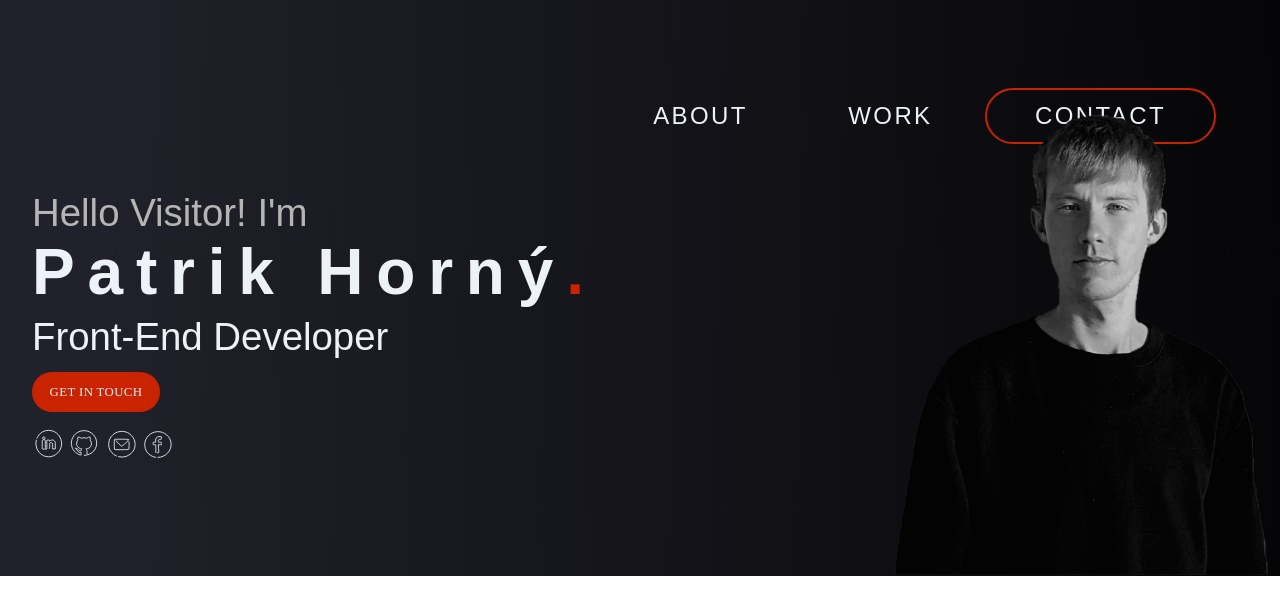
Repository: Spreceriany/portfolio
Page: index.html
An editor plug-in stored every save of this project. The page is shown before and after the next save, followed by the edit.
The browser window is 1280 px wide. The pictures show the whole page.
Some web fonts or font styles are not loaded; a fallback is used. The style sheet was rebuilt from its Sass, Less or Tailwind sources for each picture, by a compiler version that may differ from the author's.

Above is the page before, as saved 2021-03-07 17:15:45.

### index.html
<!DOCTYPE html>
<html lang="en">

<head>
    <meta charset="UTF-8">
    <meta http-equiv="X-UA-Compatible" content="IE=edge">
    <meta name="viewport" content="width=device-width, initial-scale=1.0">
    <title>Patrik Horny | Portfolio</title>
    <link rel="stylesheet" href="css/style.css">
    <link rel="preconnect" href="https://fonts.gstatic.com">
    <link href="https://fonts.googleapis.com/css2?family=Asul&family=Chivo:wght@900&display=swap" rel="stylesheet">
</head>

<body>
    <header>
        <nav>
            <ul>
                <li><a href="#">About</a></li>
                <li><a href="#">Work</a></li>
                <li><a href="#">Contact</a></li>
            </ul>
        </nav>
    </header>

    <main>
        <section class="hero">
            <div class="hero__left-col">
                <p class="gray">Hello Visitor! I'm</p>
                <h1>Patrik Horný<span class="orange">.</span></h1>
                <p>Front-End Developer</p>
                <a href="#" class="btn">Get in touch</a>
                <ul>
                    <li><a href="#">
                        <?xml version="1.0" ?><svg height="256px" id="Layer_1" version="1.1" viewBox="0 0 256 256" width="256px" xml:space="preserve" xmlns="http://www.w3.org/2000/svg" xmlns:xlink="http://www.w3.org/1999/xlink"><path class="st0" d="M34.367,105.308c-15.255,58.994,21.499,118.714,77.309,130.865c54.491,11.864,108.741-24.931,122.132-78.209  c13.576-54.011-18.103-112.414-72.055-127.246C77.289,8.035,39.505,84.527,39.501,88.37"/><path class="st0" d="M106.662,168.972c-0.36-21.051,0.978-61.432-0.945-63.422  c-1.923-1.99-17.046-7.923-19.883-12.471c-2.838-4.548-2.011-13.662,8.126-13.674s11.419,8.666,8.78,14.31  c-2.64,5.644-17.584,9.811-19.288,12.105c-1.704,2.294-2.429,68.28,0,69.899c2.429,1.619,32.926,1.484,35.624-0.54  c2.699-2.024-3.374-67.47,0-69.09s17.407-1.889,19.162-1.079c1.754,0.81,0.675,7.692,1.889,8.366  c1.214,0.675,10.171-11.177,24.289-9.446c10.46,1.282,19.837,10.121,21.321,18.892s0.899,34.545,0.54,51.817  c-7.197,0.27-14.394,0.675-21.59,0.945c-0.27-14.574,1.08-33.6-0.81-43.586c-1.889-9.986-22.328-9.849-22.13,0  s1.619,43.586-2.699,43.451" id="linkedin"/></svg>
                    </a></li>
                    <li><a href="#">
                        <?xml version="1.0" ?><svg height="256px" id="Layer_2" version="1.1" viewBox="0 0 256 256" width="256px" xml:space="preserve" xmlns="http://www.w3.org/2000/svg" xmlns:xlink="http://www.w3.org/1999/xlink"><path class="st0" d="M128.1,222.073"/><path class="st0" d="M130.164,226.986c63.917-3.557,108.667-52.057,97.259-116.5c-9.288-52.47-60.722-87.613-112.739-80.577  C61.952,37.041,21.39,85.877,27.386,139.004c5.689,47.857,35.128,70.23,59.685,80.335c5.717,2.353,13.401,5.785,15.997,5.229  c2.596-0.556,1.763-14.95,1.763-21.889c-16,2.459-21.475-3.841-24.875-7.563c-3.857-4.222-6.125-8.563-10.063-14.938  s-11.063-4.875-11.813-8.563s15-2.688,26.313,11.25c8.188,10.146,16.928,7.089,21.625,4.188c0.154-1.612,0.526-3.775,1.438-6.188  c0.967-2.557,3.625-4.104,3.208-5.854c-0.417-1.75-21.804-0.577-34-17.667c-8.809-12.344-9.129-26.955-5.667-37.833  c2.322-7.297,6.196-12.443,8.833-15.417c-1.011-2.162-2.513-6.109-2.583-11.25c-0.076-5.549,1.554-9.796,2.583-12  c3.492,0.104,8.54,0.644,14.25,2.667c5.469,1.937,9.593,4.542,12.333,6.583c4.975-1.671,12.218-3.489,21.083-3.667  c10.135-0.203,18.344,1.819,23.667,3.583c2.616-2.336,6.987-5.648,13.167-7.917c4.489-1.648,8.518-2.229,11.5-2.417  c1.143,2.165,3.075,6.519,3.167,12.332c0.085,5.351-1.426,9.47-2.416,11.664c2.867,3.459,7.394,9.875,9.502,18.995  c0.751,3.249,4.857,20.981-6.996,36.24c-12.408,15.974-33.06,13.524-33.992,15.73c-0.932,2.206,3.964,6.297,6.266,14.877  c2.302,8.58,1.327,24.979,1.327,24.979"/></svg>
                    </a></li>
                    <li><a href="#">
                        <?xml version="1.0" ?><svg height="256px" id="Layer_3" version="1.1" viewBox="0 0 256 256" width="256px" xml:space="preserve" xmlns="http://www.w3.org/2000/svg" xmlns:xlink="http://www.w3.org/1999/xlink"><path class="st0" d="M90.122,111.336c4.814,10.698,40.475,41.901,43.863,42.08s58.662-49.39,57.057-52.778  S79.246,96.18,76.214,99.568c-3.031,3.388-1.962,78.097,0.713,80.237s111.083,2.318,113.401-1.426  c2.318-3.744,4.814-57.414,1.783-60.623"/><path class="st0" d="M108.268,237.352c59.036,15.089,118.653-21.832,130.648-77.676c11.711-54.524-25.236-108.671-78.551-121.912  C106.315,24.34,48.002,56.183,33.321,110.176c-22.447,84.527,54.151,122.097,57.994,122.09"/></svg>
                    </a></li>
                    <li><a href="#">
                        <?xml version="1.0" ?><svg height="256px" id="Layer_1" version="1.1" viewBox="0 0 256 256" width="256px" xml:space="preserve" xmlns="http://www.w3.org/2000/svg" xmlns:xlink="http://www.w3.org/1999/xlink"><g><path class="st0" d="M118.489,204.01c0.668-30.724-0.583-59.627-0.514-61.433c0.099-2.572-16.945,1.061-19.046-1.053   c-2.101-2.114-3.309-18.205-0.521-19.591s15.355,1.129,18.007-0.526c2.652-1.655-11.513-55.269,46.601-43.421   c1.589,0.795-0.132,18.732-1.059,20.122c-0.927,1.39-12.708-1.787-19.062,3.177c-6.354,4.964-3.707,18.664-2.383,19.591   c1.324,0.927,20.188,0.198,21.445,1.589s1.456,18.798,0,20.122c-1.456,1.324-20.819-2.41-22.769-1.058   c-1.606,1.113,4.224,60.038,2.558,62.373c-1.666,2.335-7.731,2.133-11.56,2.226"/><path class="st0" d="M136.577,243.358c60.912-1.648,108.145-53.478,104.395-110.472c-3.662-55.647-54.02-97.612-108.923-95.753   C76.39,39.017,29.02,85.605,29.68,141.555c1.549,87.443,85.505,102.61,89.2,101.551"/></g></svg>
                    </a></li>
                </ul>
            </div>
            <div class="hero__right-col">
                <img src="./img/my_photo.png" alt="my-photo">
            </div>
        </section>
    </main>


    <script src="js/script.js"></script>
</body>

</html>

### css/style.scss
body {
  font-family: "Asul", "Chivo", sans-serif;
}

* {
  box-sizing: border-box;
  margin: 0;
  padding: 0;
}

$white-ish: #edf2f8;
$orange: #c92300;
$gray: #b5b5b5;

.orange {
  color: $orange;
}

.gray {
  color: $gray;
}

header {
  width: 100%;
  max-width: 120em;
  margin: 0 auto;
  min-height: 13vh;
  position: absolute;
  top: 0;
  left: 0;
  right: 0;
  display: flex;
  padding-right: 4em;
  padding-top: 5em;
  justify-content: flex-end;
  nav {
    min-height: 10vh;
    display: flex;
    align-items: center;
    top: 0;
    right: 0;
    ul {
      margin-left: auto;
      display: none;
      @media (min-width: 992px) {
        display: block;
      }
      li {
        display: inline-block;
        padding: 0.5em 2em;
        font-size: 1.5rem;
        text-transform: uppercase;
        cursor: pointer;

        &:last-of-type {
          border: 2px solid $orange;
          border-radius: 9999px;
          background-image: linear-gradient($orange, $orange);
          background-position: 50% 50%;
          background-repeat: no-repeat;
          background-size: 0% 100%;
          transition: background-size 0.3s;
          &:hover {
            background-size: 100% 100%;
          }
        }

        &:not(:last-child) a:hover {
          color: $orange;
        }
        a {
          width: 100%;
          text-decoration: none;
          color: $white-ish;
          letter-spacing: 0.1em;
          transition: color 0.3s ease-out;
        }
      }
    }
  }
}

main {
  margin: 0 auto;
  background-color: black;
}

.btn {
  background-color: $orange;
  padding: 1em 0.7em;
  color: $white-ish;
  border-radius: 9999px;
  width: 10em;
  flex-shrink: 0;
  text-align: center;
  text-decoration: none;
  text-transform: uppercase;
  font-family: "Chivo";
  letter-spacing: 0.03em;
  margin: 1em 0;
  font-size: 0.8rem;
}

.hero {
  width: 100%;
  max-width: 120em;
  margin: 0 auto;
  min-height: 80vh;
  background: linear-gradient(
    90.58deg,
    #21212b 7.37%,
    rgba(0, 0, 0, 0.88) 117.59%
  );
  display: grid;
  align-items: center;
  justify-content: center;
  color: $white-ish;
  grid-template-columns: 1fr;
  @media (min-width: 556px) {
    grid-template-columns: 1fr 1fr;
  }

  svg {
    width: 100%;
    height: 100%;
    fill: none;
    stroke: #edf2f8;
    stroke-width: 7;
    stroke-linecap: round;
    stroke-linejoin: round;
    stroke-miterlimit: 10;

    &:hover {
      stroke: $orange !important;
    }
  }

  &__left-col {
    display: flex;
    flex-direction: column;
    padding-left: 2em;
    padding-top: 5em;
    ul {
      list-style-type: none;
      li {
        display: inline-flex;
        width: 2em;
        img {
          width: 100%;
        }
      }
    }

    p {
      font-size: clamp(1rem, 3vw, 2.5rem);
    }

    h1 {
      font-size: clamp(2rem, 5vw, 6rem);
      margin-bottom: 0.1em;
      letter-spacing: .2em;
    }
  }

  &__right-col {
    position: relative;
    height: 100%;
    img {
      position: absolute;
      width: 65%;
      right: 0;
      bottom: 0;
    }
  }
}

Loaded but not shown: js/script.js (no copy from this time; the picture is the same without it)

After the next save:
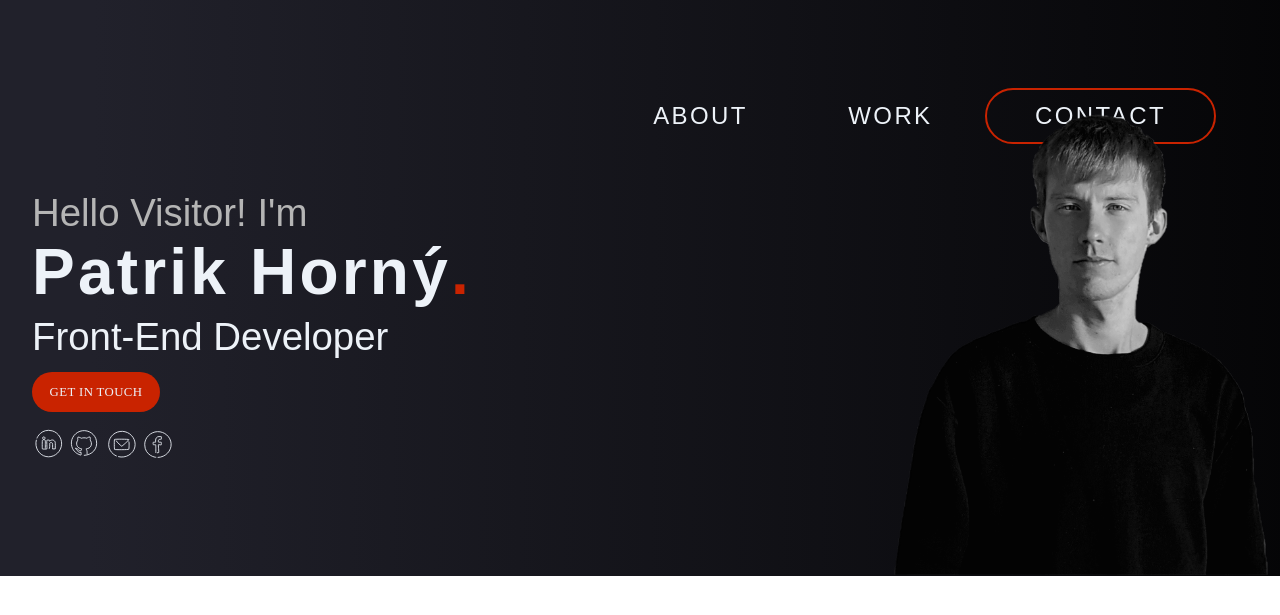
Saved 6 s later.
--- a/css/style.scss
+++ b/css/style.scss
@@ -158,7 +158,7 @@ main {
     h1 {
       font-size: clamp(2rem, 5vw, 6rem);
       margin-bottom: 0.1em;
-      letter-spacing: .2em;
+      letter-spacing: .05em;
     }
   }
 
